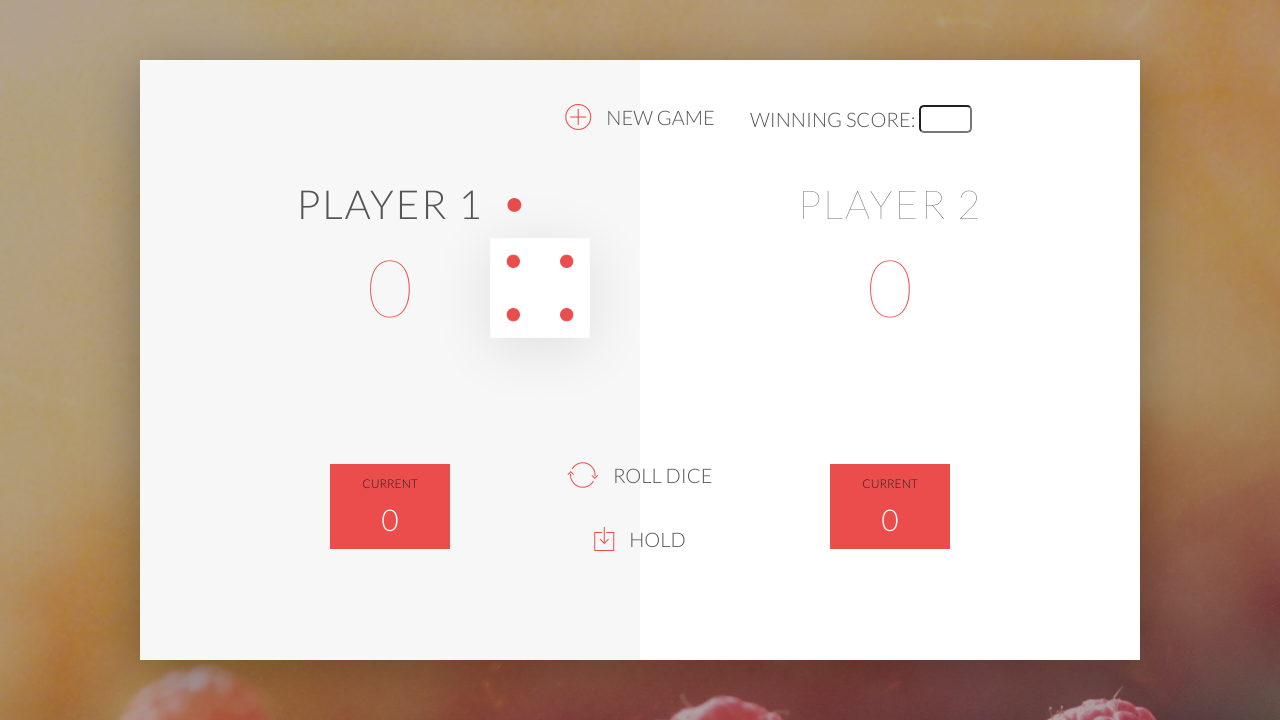
Repository: hexanek/hexanek.github.io
Page: pig-game/index.html
These files come from the project's save history. The page is drawn as it stood at one moment and after the next save; the edit follows.
The browser window is 1280 px wide. The pictures show the whole page.

Above is the page before, as saved 2019-12-19 23:22:58.

After the next save:
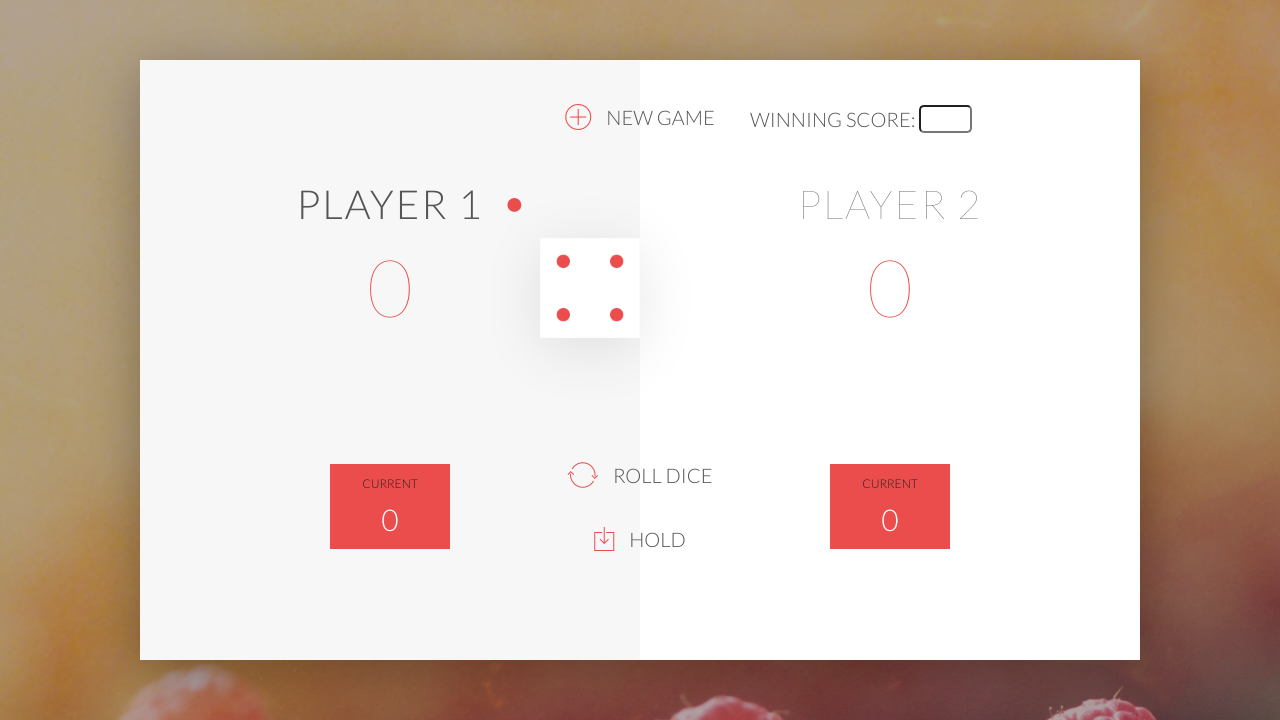
Saved 6 s later.
--- a/pig-game/style.css
+++ b/pig-game/style.css
@@ -204,7 +204,7 @@ i {
 }
 .dice2 {
     position: absolute;
-    left: 40%;
+    left: 45%;
     top: 178px;
     transform: translateX(-50%);
     height: 100px;
